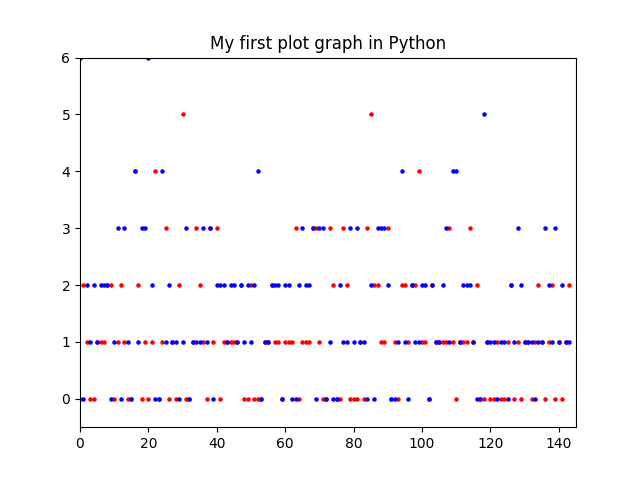
Repository: nelsonalexandrino/python_matplotlib_datavisualization_
Script's output: python LineAndScatterSplots.py
The author's editor kept a copy of each file at every save. The script's output is drawn from the files as they stood at one save, then again after the next save.
Random numbers start from a fixed seed.

Above is the script's output before, as saved 2019-08-25 11:45:30.

### LineAndScatterSplots.py
import matplotlib.pyplot as pyplot

with open('Goals.txt', 'r') as file:
    HomeTeamGoals = [int(x) for x in file.readline().strip(
        '\n').strip(' ').split(' ')]
    AwayTeamGoals = [int(x) for x in file.readline().strip(
        '\n').strip(' ').split(' ')]

xAxis = []
for i in range(len(HomeTeamGoals)):
    xAxis.append(i)

#pyplot.plot(xAxis, AwayTeamGoals, c='red')
pyplot.scatter(xAxis, AwayTeamGoals, c='red', s=5)
pyplot.title('My first plot graph in Python')
pyplot.scatter(xAxis, HomeTeamGoals, c='blue', s=5)
pyplot.xlim(0, 145)
pyplot.ylim(-0.5, 6)
pyplot.show()

### Goals.txt
6 0 2 1 2 1 2 2 2 0 1 3 0 3 1 0 4 1 3 3 6 2 0 0 4 1 2 1 1 0 1 3 0 1 1 1 3 1 3 0 2 2 2 1 2 2 1 2 1 2 1 2 4 0 1 1 2 2 2 0 2 2 0 0 2 3 2 2 3 0 3 3 0 1 0 0 2 1 1 3 1 3 1 1 0 2 0 3 3 3 2 0 0 1 4 1 0 2 1 1 2 2 0 2 1 1 2 3 1 4 4 1 2 2 2 1 0 0 5 1 1 1 0 1 1 0 2 1 3 2 1 1 1 0 1 1 3 2 1 3 1 2 1 1
0 2 1 0 0 1 1 1 2 2 0 1 2 1 0 0 4 2 0 1 0 1 4 0 1 3 0 1 0 2 5 0 0 1 3 2 1 0 3 1 3 0 1 1 1 1 1 2 0 0 2 0 0 0 1 1 2 1 1 0 1 1 1 3 0 1 1 1 3 3 1 0 0 3 2 0 0 3 2 0 0 0 1 0 3 5 2 2 1 1 3 0 1 0 2 2 1 2 2 4 1 1 0 2 1 1 1 1 3 1 0 1 1 1 3 1 2 0 0 1 0 0 1 0 0 1 2 0 1 0 1 1 0 1 2 1 0 1 2 0 1 0 1 2

After the next save:
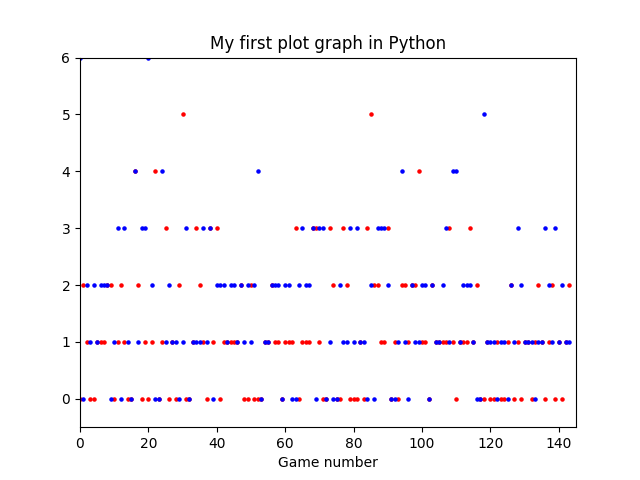
Saved 63 s later.
--- a/LineAndScatterSplots.py
+++ b/LineAndScatterSplots.py
@@ -16,4 +16,5 @@ pyplot.title('My first plot graph in Python')
 pyplot.scatter(xAxis, HomeTeamGoals, c='blue', s=5)
 pyplot.xlim(0, 145)
 pyplot.ylim(-0.5, 6)
+pyplot.xlabel('Game number')
 pyplot.show()
